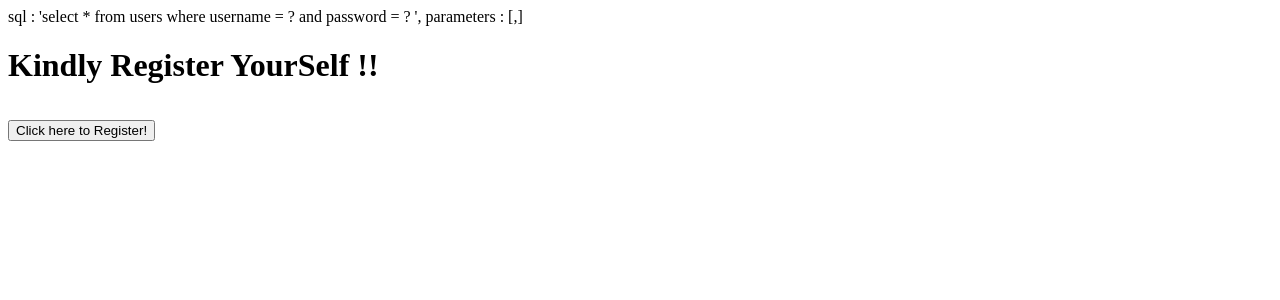
Repository: GarvKumar/ADVANCEDJAVATRAINING
Page: http://localhost/AdvancedJSPProgram/ValidateUser.jsp
An editor plug-in stored every save of this project. The page is shown before and after the next save, followed by the edit.
The browser window is 1280 px wide. The pictures show the whole page.
The page is served by Tomcat 9. Other server files are loaded and not shown. Queries for data that is not in the repository find no rows.

Above is the page before, as saved 2023-01-31 17:15:01.

### AdvancedJSPProgram/src/main/webapp/ValidateUser.jsp
<%@ page language="java" contentType="text/html; charset=UTF-8"
    pageEncoding="UTF-8"%>
    <%@ page import = "java.sql.*" %>
<!DOCTYPE html>
<html>
<head>
<meta charset="UTF-8">
<title>Users</title>
</head>
<body>
<%
 	String name = request.getParameter("username");
	String pass = request.getParameter("pass");
	boolean status = false;

	Class.forName("com.mysql.cj.jdbc.Driver");
	Connection con = DriverManager.getConnection("jdbc:mysql:// localhost:3306/garv","root","root");
	//Statement stmt = con.createStatement();
	PreparedStatement preparedStatement = con.prepareStatement("select * from users where username = ? and password = ? ");
            preparedStatement.setString(1,name);
            preparedStatement.setString(2,pass);
            out.println(preparedStatement);
            ResultSet rs = preparedStatement.executeQuery();
            status = rs.next();
            if (status)
            {
            out.println("<h1>Login Successful !!");
            out.println("<h1>welcome "+name);
            }
            else{
            	out.print("<h1>Kindly Register YourSelf !! ");
            	out.println("<h1><a href = '/JPSProgrmaFiles/QuestionNO34.html'><button>Click here to Register!</button></a>");
            }
%>
</body>
</html>

After the next save:
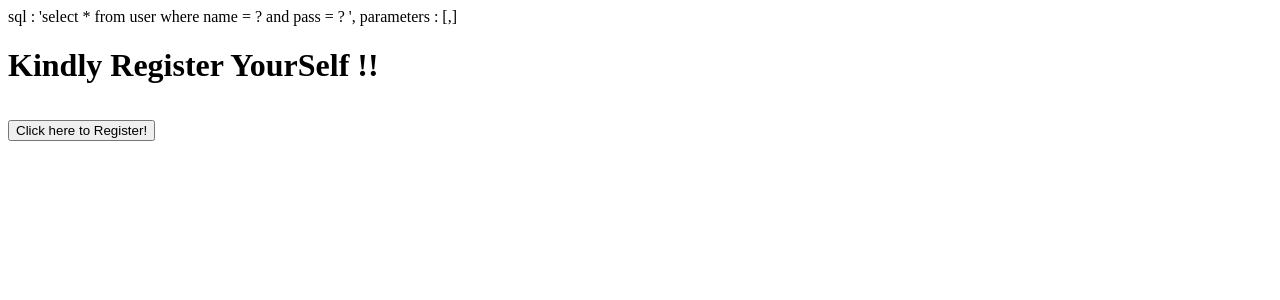
Saved 98 s later.
--- a/AdvancedJSPProgram/src/main/webapp/ValidateUser.jsp
+++ b/AdvancedJSPProgram/src/main/webapp/ValidateUser.jsp
@@ -16,7 +16,7 @@
 	Class.forName("com.mysql.cj.jdbc.Driver");
 	Connection con = DriverManager.getConnection("jdbc:mysql:// localhost:3306/garv","root","root");
 	//Statement stmt = con.createStatement();
-	PreparedStatement preparedStatement = con.prepareStatement("select * from users where username = ? and password = ? ");
+	PreparedStatement preparedStatement = con.prepareStatement("select * from user where name = ? and pass = ? ");
             preparedStatement.setString(1,name);
             preparedStatement.setString(2,pass);
             out.println(preparedStatement);
